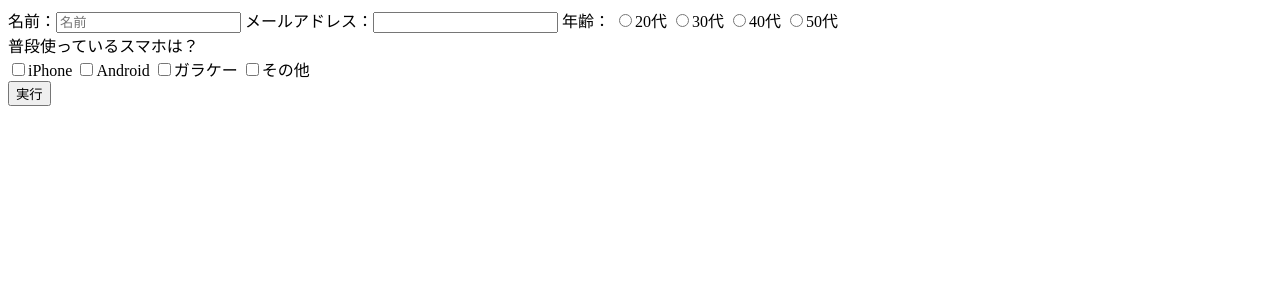
Repository: picalin/samurai_typing-game
Page: JavaScript_tutorial/Practice.html
The author's editor kept a record of every edit. The page is drawn from the files as they stood at one moment, then again after the next edit.
The browser window is 1280 px wide. The pictures show the whole page.

Above is the page before.

After the next edit:
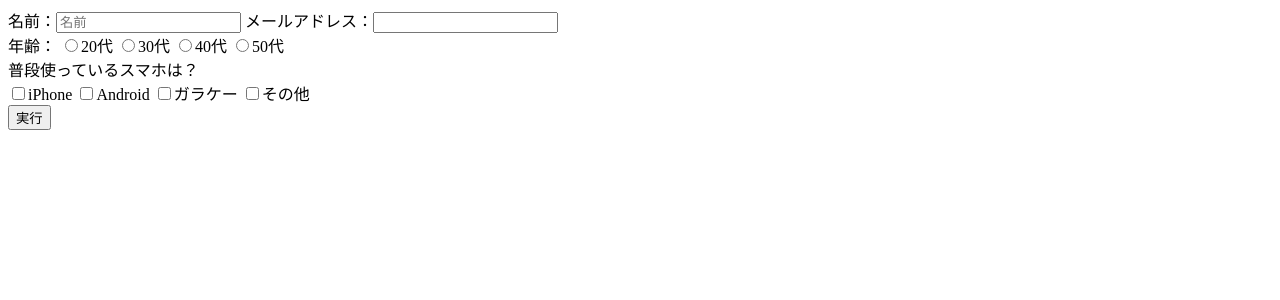
The edit:
--- a/JavaScript_tutorial/Practice.html
+++ b/JavaScript_tutorial/Practice.html
@@ -8,7 +8,7 @@
       <form name="myForm">
         名前：<input type="text" name="name" placeholder="名前"　required />
 
-        メールアドレス：<input type="email" name="address"　placeholder="メールアドレス" required />
+        メールアドレス：<input type="email" name="address"　placeholder="メールアドレス" required /><br/>
         年齢：
         <input type="radio" name="age" value="20" />20代
         <input type="radio" name="age" value="30" />30代
